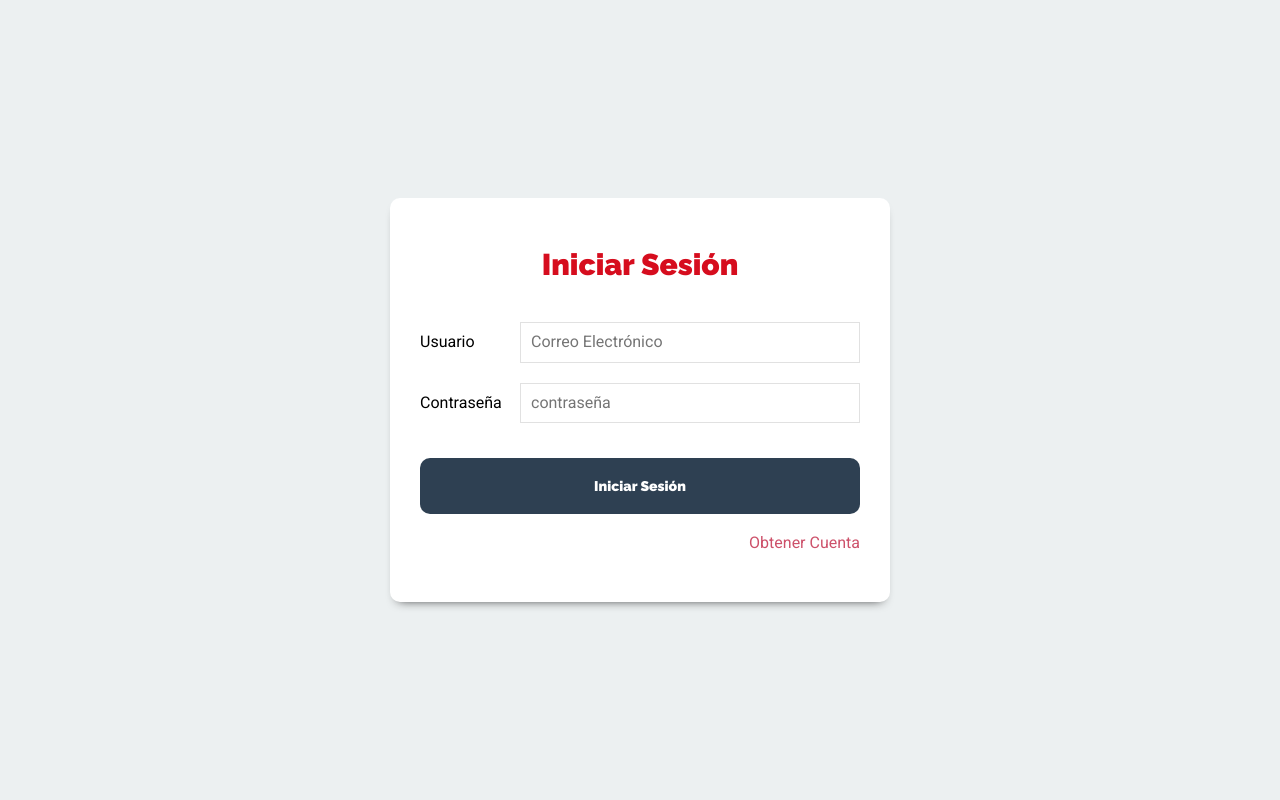
Repository: andrescovarrubias/admin-proyectos
Page: / (app in cliente/)
The author's editor kept a copy of each file at every save. The page is drawn from the files as they stood at one save, then again after the next save.
The browser window is 1280 px wide. The pictures show the whole page.
The project was rebuilt for these pictures with package versions that can differ from the ones it lists, and the page was loaded fresh each time. Also part of the build but not shown: cliente/src/components/auth/NuevaCuenta.jsx, cliente/src/components/proyectos/NuevoProyecto.jsx, cliente/src/components/layout/SideBar.jsx, cliente/src/components/proyectos/Proyectos.jsx.

Above is the page before, as saved 2020-10-31 17:35:18.

After the next save:
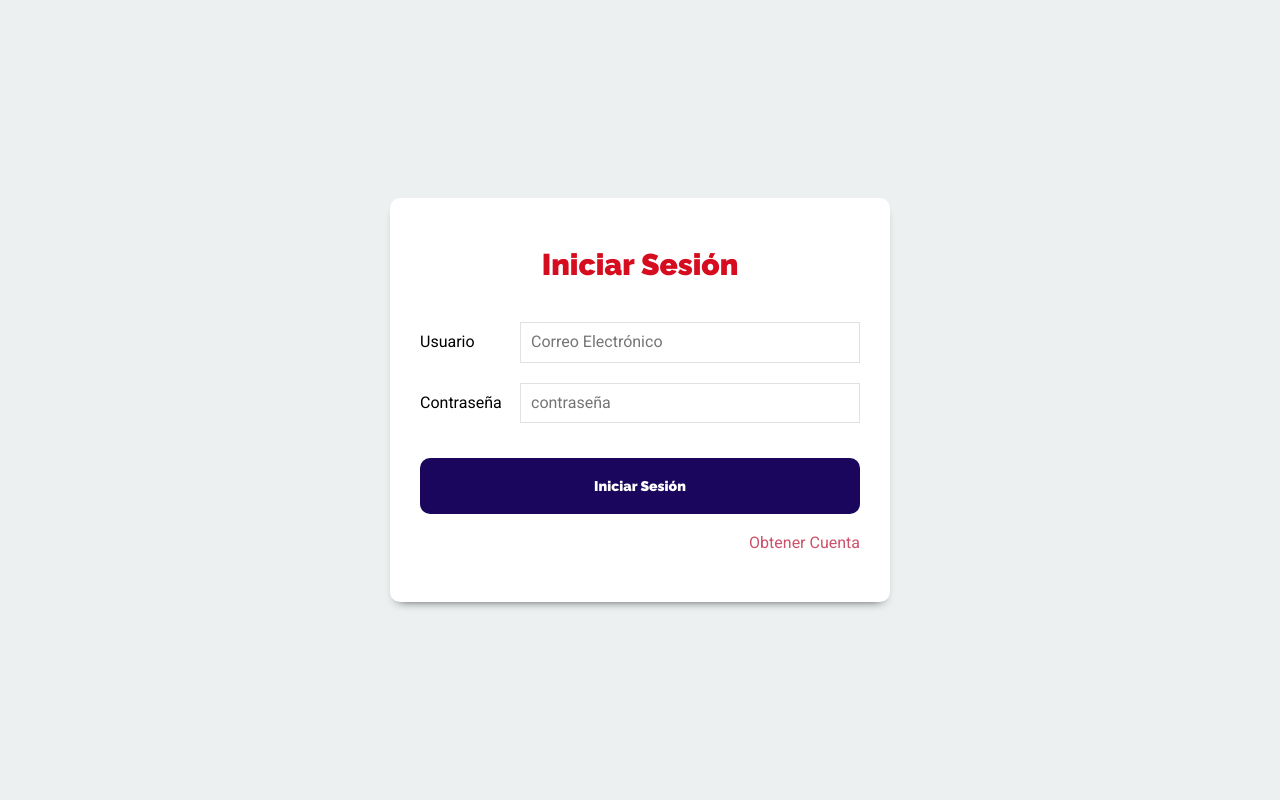
Saved 11 s later.
--- a/cliente/src/index.css
+++ b/cliente/src/index.css
@@ -73,7 +73,7 @@ a {
   cursor: pointer;
 }
 .btn-primario {
-  background-color: var(--azul3);
+  background-color: var(--azul2);
   color: var(--blanco);
 }
 .btn-primario:hover {
